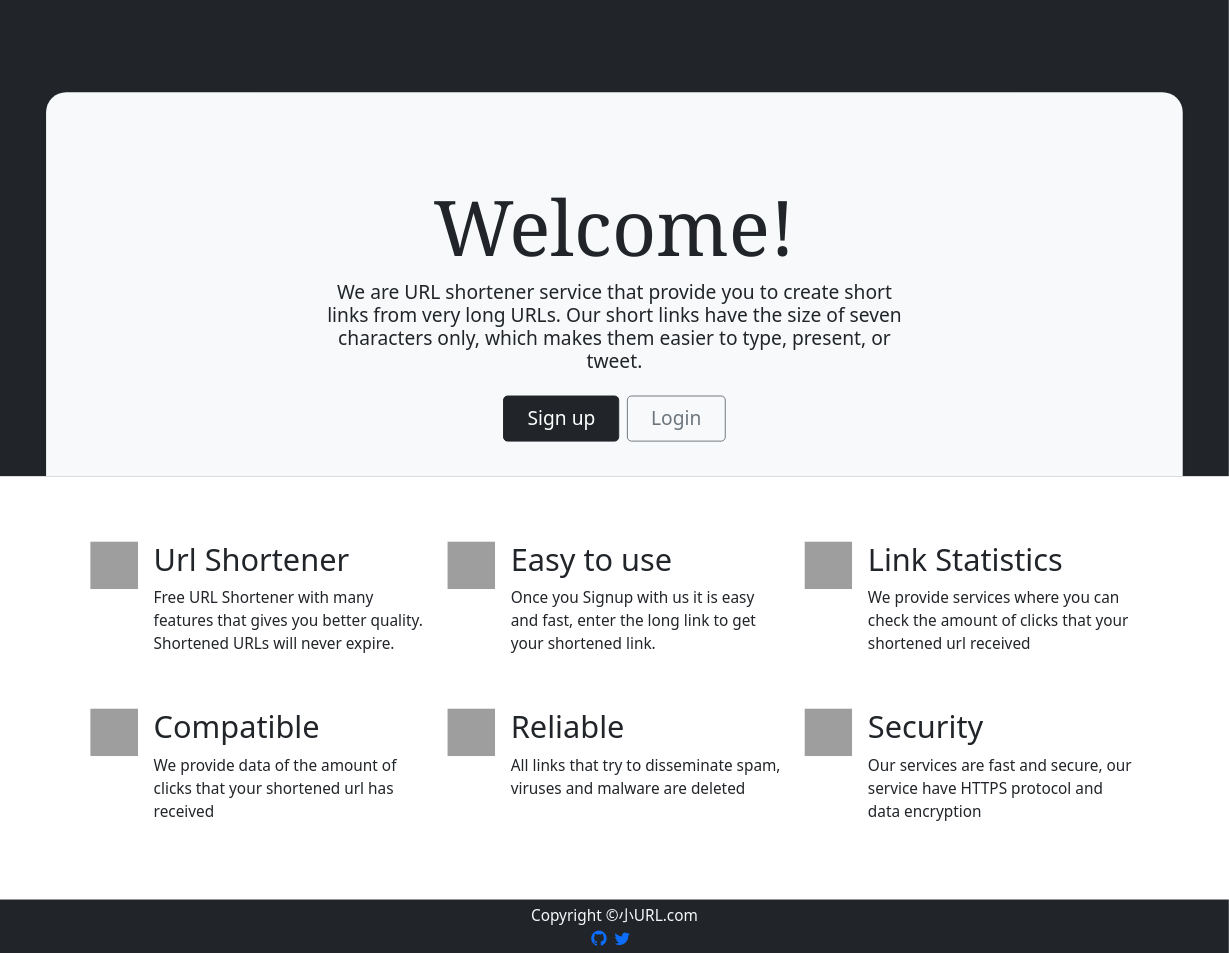
Repository: Cosmicoppai/chi_url
Page: / (app in frontend/)
An editor plug-in stored every save of this project. The page is shown before and after a run of saves, followed by the edit.
The browser window is 1280 px wide. The pictures show the whole page, at 96% of full size.
Pictures or frames that could not be fetched are drawn as grey boxes. The project was rebuilt for these pictures with package versions that can differ from the ones it lists, and the page was loaded fresh each time. Also part of the build but not shown: frontend/src/Mycomponents/pages/components/footer.css, frontend/src/Mycomponents/pages/signuppages/login.js, frontend/src/Mycomponents/pages/signuppages/signup.js, frontend/src/Mycomponents/pages/signuppages/verifymail.js, frontend/src/Mycomponents/pages/userpages/userpage.css, frontend/src/Mycomponents/pages/userpages/userpage.js, frontend/src/Mycomponents/pages/Homepages/errorPage.js.

Above is the page before, as saved 2021-12-20 18:40:46.

### frontend/public/index.html
<!DOCTYPE html>
<html lang="en">
  <head>
    <meta charset="utf-8" />
    <link rel="icon" href="%PUBLIC_URL%/favicon.ico" />
    <meta name="viewport" content="width=device-width, initial-scale=1" />
    <meta name="theme-color" content="#000000" />
    <meta name="description" content="Web site created using create-react-app"/>
    <link rel="manifest" href="%PUBLIC_URL%/manifest.json" />
    <link href="https://cdn.jsdelivr.net/npm/bootstrap@5.1.0/dist/css/bootstrap.min.css" rel="stylesheet" integrity="sha384-KyZXEAg3QhqLMpG8r+8fhAXLRk2vvoC2f3B09zVXn8CA5QIVfZOJ3BCsw2P0p/We" crossorigin="anonymous">
    <link rel="stylesheet" href="https://cdn.jsdelivr.net/npm/bootstrap-icons@1.5.0/font/bootstrap-icons.css">
    <title>小URL</title>
  </head>
  <body>
    <div id="root"></div>
  </body>
<script async src="https://pagead2.googlesyndication.com/pagead/js/adsbygoogle.js?client=ca-pub-8832303546103417"
     crossorigin="anonymous"></script>
</html>

### frontend/src/App.js
import React from 'react'
import Login from "./Mycomponents/pages/signuppages/login";
import Signup from "./Mycomponents/pages/signuppages/signup"
import Verifymail from "./Mycomponents/pages/signuppages/verifymail";
import Home from "./Mycomponents/pages/Homepages/home";
import UserPage from "./Mycomponents/pages/userpages/userpage";
import { BrowserRouter as Router, Navigate, Route, Routes } from "react-router-dom";
import ErrorPage from './Mycomponents/pages/Homepages/errorPage';


function App() {
  function UserRoute({ children }) {
    const auth = localStorage.getItem("token");
    const active = localStorage.getItem("active");
    let activeStatus
    if (active === null){
      activeStatus = false;
    }
    else{
      activeStatus = active
    }
    return (auth && activeStatus == true) ? <Navigate to="/user" /> : children;
  }
  function ProtectedRoute({ children }) {
    const auth = localStorage.getItem("token");
    const active = localStorage.getItem("active");
    let activeStatus
    if (active === null){
      activeStatus = false;
    }
    else{
      activeStatus = active
    }
    return (auth && activeStatus == true)  ? children : <Navigate to="/" />;
  }
  return (
    <>
      <Router>
        <Routes>
          <Route path="/" element={
            <UserRoute>
              <Home />
            </UserRoute>} />
          <Route path="/signup" element={

              <Signup />
            } />
          <Route path="/login" element={
              <Login />
            } />
          <Route path="/verify" element={
            <UserRoute>
              <Verifymail />
            </UserRoute>} />
          <Route path="/user" element={
            <ProtectedRoute>
              <UserPage />
            </ProtectedRoute>} />
          <Route path='*' element={<ErrorPage />} />
        </Routes>
      </Router>


    </>
  )
}

export default App

### frontend/src/Mycomponents/pages/Homepages/home.js
import React from 'react'
import { Main } from './main'
import { Page } from './page'
import Nav from '../components/nav'
import Footer from "../components/footer"
import { Link } from 'react-router-dom'



const Home = () => {
    const mystyle={
        marginTop:"-420px"
    }
    const style={
        fontFamily:"fell, Georgia, Cambria, Times New Roman, Times, serif"
    }
    return (
        <div>
             <Main/>
            <div className="cover-container d-flex w-100 h-100 p-3 mt-5 flex-column">
            <header className="mb-5">
                    <div>
                        <Nav />
                    </div>
                </header>

                <main className="px-3 d-flex  justify-content-center flex-column" style={mystyle}>
                    <h1 className="text-center display-1" style={style}  >Welcome!</h1>
                    <div className="col-lg-6 mx-auto">
                        <p className="lead mb-4 text-center h3">We are URL shortener service that provide you to create short links from very long URLs. Our short links have the size of seven characters only, which makes them easier to type, present, or tweet. </p>
                        <div className="d-grid gap-2 d-sm-flex justify-content-sm-center mt-2">
                            <Link to="/signup" type="button" className="btn btn-dark btn-lg px-4 gap-3">Sign up</Link>
                            <Link to="/login" type="button" className="btn btn-outline-secondary btn-lg px-4">Login</Link>
                        </div>
                    </div>
                </main>
                <Page />


            </div>
            <Footer/>
        </div>
    )
}

export default Home

### frontend/src/Mycomponents/pages/components/nav.js
import { React, useState, useEffect } from 'react';
import { Link } from 'react-router-dom';

const Nav = () => {
    const [user, setUser] = useState({});
    const [active, setActive] = useState({});
    useEffect(() => {
        setInterval(() => {
    const active = localStorage.getItem("active");
    let activeStatus
    if (active === null){
      activeStatus = false;
    }
    else{
      activeStatus = active
    }
            const user = localStorage.getItem("token");
            setUser(user);
            setActive(activeStatus);
        }, 1)
    });

    const logout = () => {
        localStorage.clear();
        window.location.replace("/login")
    }

    return (
        <div>


            {!user  && active == true && (
                <>
                    <nav className="navbar navbar-expand-md fixed-top navbar-dark bg-dark mb-4">
                        <div className="container-fluid ">
                            <Link to="/" className="navbar-brand  "  > <h2>小URL</h2></Link>
                            <button className="navbar-toggler" type="button" data-bs-toggle="collapse" data-bs-target="#navbarSupportedContent" aria-controls="navbarSupportedContent" aria-expanded="false" aria-label="Toggle navigation">
                                <span className="navbar-toggler-icon"></span>
                            </button>
                            <div className="collapse navbar-collapse" id="navbarSupportedContent">
                                <ul className="navbar-nav me-auto mb-2 mb-2 mb-md-0 text-end">
                                </ul>
                                <Link to="/login" type="button" className="btn btn-outline-light px-4" >Login</Link>
                                <Link to="/signup" type="button" className="btn btn-light px-4 mx-3" >Sign up</Link>
                            </div>
                        </div>

                    </nav>
                </>
            )}
            {user && active == true && (
                <>
                    <nav className="navbar navbar-expand-md fixed-top navbar-dark bg-dark mb-4">
                        <div className="container-fluid ">
                            <Link to="/user" className="navbar-brand "  > <h2>小URL</h2></Link>
                            <button className="navbar-toggler" type="button" data-bs-toggle="collapse" data-bs-target="#navbarSupportedContent" aria-controls="navbarSupportedContent" aria-expanded="false" aria-label="Toggle navigation">
                                <span className="navbar-toggler-icon"></span>
                            </button>
                            <div className="collapse navbar-collapse" id="navbarSupportedContent">
                                <ul className="navbar-nav me-auto mb-2 mb-2 mb-md-0 text-end">
                                </ul>
                                <div className="dropdown">
                                    <Link to="/user" className="btn btn-light  dropdown-toggle" type="button" id="dropdownMenuButton1" data-bs-toggle="dropdown" aria-expanded="false">
                                        Welcome to 小URL
                                    </Link>
                                    <ul className="dropdown-menu" >
                                        <li ><button onClick={logout} className="dropdown-item text-center">Logout</button></li>
                                    </ul>
                                </div>
                            </div>
                        </div>

                    </nav>
                </>
            )}
        </div>


    )
}

export default Nav

### frontend/src/Mycomponents/pages/components/footer.js
import { React, useState} from 'react';
import './footer.css';
const Footer = () => {
    const [user, setUser] = useState({});
    setInterval(() => {
        const userstr = localStorage.getItem("token")
        setUser(userstr);
    }, 1)
    return (
        <div>
            {user && (
                <footer className="footer mt-auto py-1 bg-light text-dark cont">
                    <div className="container text-center ">
                        Copyright &copy;小URL.com
                    </div>
                    <div className="container text-center">
                        <span className="me-2"><a href="https://github.com/Cosmicoppai/chi_url" target={'_blank'} rel="noreferrer"><i className="bi bi-github "></i></a></span>
                        <span className="me-2"><a href="https://twitter.com/URL09412520" target={'_blank'} rel="noreferrer"><i className="bi bi-twitter"></i></a></span>
                    </div>
                </footer>

            )}
            {!user && (
                <footer className="footer mt-auto py-1 bg-dark text-light">
                    <div className="container text-center ">
                        Copyright &copy;小URL.com
                    </div>
                    <div className="container text-center">
                        <span className="me-2"><a href="https://github.com/Cosmicoppai/chi_url" target={'_blank'} rel="noreferrer"><i className="bi bi-github "></i></a></span>
                        <span className="me-2"><a href="https://twitter.com/URL09412520" target={'_blank'} rel="noreferrer"><i className="bi bi-twitter"></i></a></span>
                    </div>
                </footer>
            )}
        </div>

    )
}

export default Footer

### frontend/src/Mycomponents/pages/Homepages/main.js
import React from 'react';


export const Main = () => {
    const myStyle = {
        width: '80 %',
        height: '400px',
        borderRadius: '21px 21px 0 0'
}

return (
    <div className="bg-dark me-md-3 pt-3 px-3 pt-md-5 px-md-5 text-center text-white overflow-hidden w-100 border-0" >
        <div className="my-3 ">
            <p className="lead py-2"></p>
        </div>
        <div className="bg-light shadow-sm mx py-auto " style={myStyle}></div>
    </div>

)
}

### frontend/src/Mycomponents/pages/Homepages/page.js
import React from 'react'

export const Page = () => {

    return (
        <>

            <div className="container px-4 pt-2 mt-5 " id="hanging-icons">
                <div className="row g-4 py-5 row-cols-1 row-cols-lg-3">
                    <div className="col d-flex align-items-start">
                        <div className="icon-square bg-light text-dark flex-shrink-0 me-3">
                        <img src="https://cdn-icons-png.flaticon.com/512/1828/1828108.png" alt="" width="50px" height="50px"/>
                        </div>
                        <div>
                            <h2>Url Shortener</h2>
                            <p>Free URL Shortener with many features that gives you better quality. Shortened URLs will never expire.</p>
                        </div>
                    </div>
                    <div className="col d-flex align-items-start">
                        <div className="icon-square bg-light text-dark flex-shrink-0 me-3">
                        <img src="https://cdn-icons-png.flaticon.com/128/1093/1093274.png" alt="" width="50px" height="50px"/>

                        </div>
                        <div>
                            <h2>Easy to use</h2>
                            <p>Once you Signup with us it is easy and fast, enter the long link to get your shortened link.</p>
                        </div>
                    </div>
                    <div className="col d-flex align-items-start  ">
                        <div className="icon-square bg-light text-dark flex-shrink-0 me-3">
                        <img src="https://cdn-icons-png.flaticon.com/128/1170/1170667.png" alt="" width="50px" height="50px"/>
                        </div>
                        <div>
                            <h2>Link Statistics</h2>
                            <p>We provide services where you can check the amount of clicks that your shortened url received</p>
                        </div>
                    </div>
                    <div className="col d-flex align-items-start  pt-3">
                        <div className="icon-square bg-light text-dark flex-shrink-0 me-3">
                        <img src="https://cdn-icons-png.flaticon.com/128/2554/2554486.png" alt="" width="50px" height="50px"/>
                        </div>
                        <div>
                            <h2>Compatible</h2>
                            <p>We provide data of the  amount of clicks that your shortened url has received</p>
                        </div>
                    </div>
                    <div className="col d-flex align-items-start pt-3 ">
                        <div className="icon-square bg-light text-dark flex-shrink-0 me-3">
                        <img src="https://cdn-icons-png.flaticon.com/512/1320/1320521.png" alt="" width="50px" height="50px"/>
                        </div>
                        <div>
                            <h2>Reliable</h2>
                            <p>All links that try to disseminate spam, viruses and malware are deleted</p>
                        </div>
                    </div>
                    <div className="col d-flex align-items-start pt-3">
                        <div className="icon-square bg-light text-dark flex-shrink-0 me-3">
                        <img src="https://cdn-icons-png.flaticon.com/128/2092/2092629.png" alt="" width="50px" height="50px"/>
                        </div>
                        <div>
                            <h2>Security</h2>
                            <p>Our services are fast and secure, our service have HTTPS protocol and data encryption</p>
                        </div>
                    </div>
                </div>
            </div>

        </>
    )
}

Loaded but not shown: frontend/src/index.js (common file); frontend/src/index.css (common file)

After the next 2 saves:
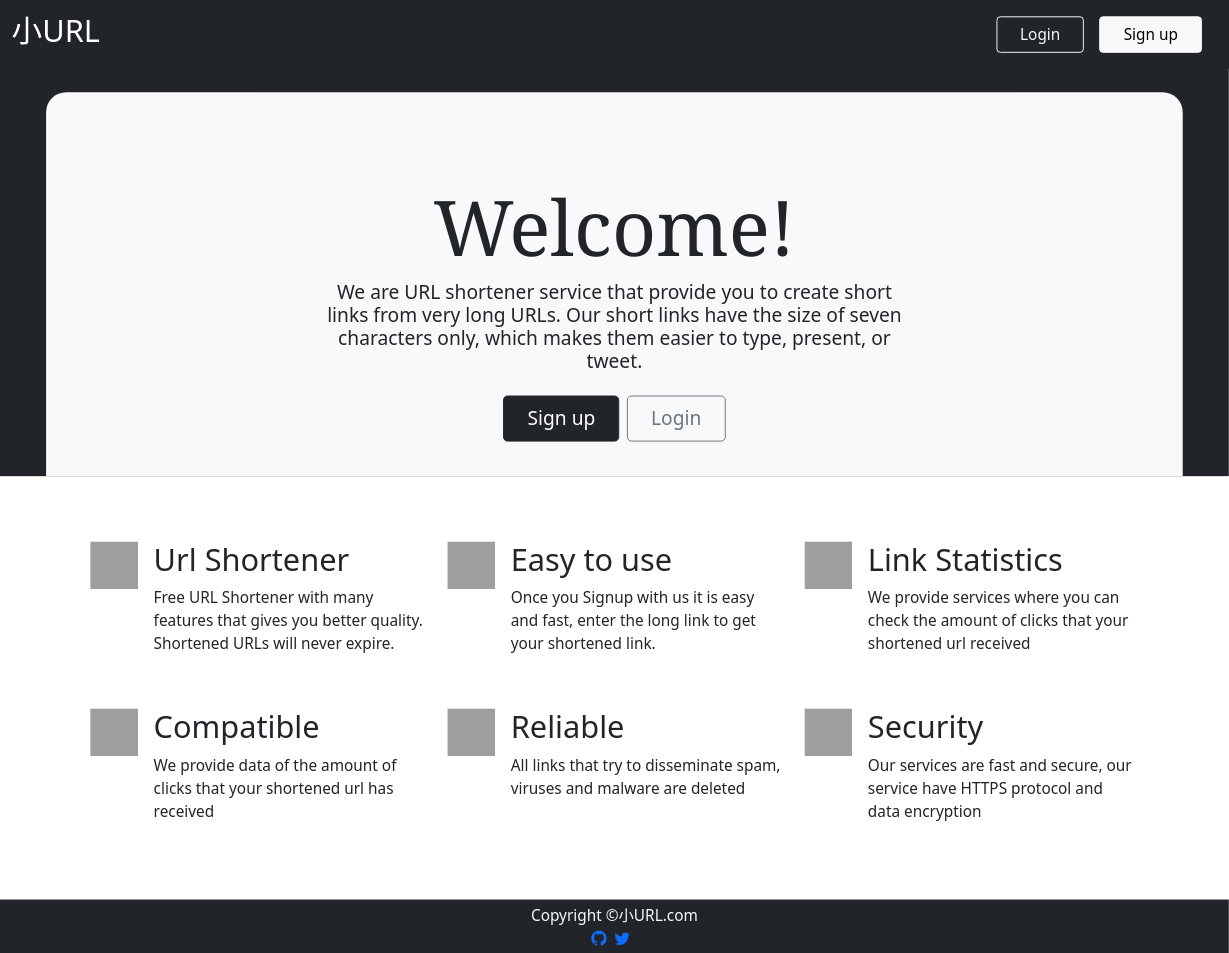
The 2 saves are shown as one change because they came seconds apart.
The last was saved 5 s later.
--- a/frontend/src/Mycomponents/pages/components/nav.js
+++ b/frontend/src/Mycomponents/pages/components/nav.js
@@ -29,7 +29,7 @@ const Nav = () => {
         <div>
 
 
-            {!user  && active == true && (
+            {!user  && active == false && (
                 <>
                     <nav className="navbar navbar-expand-md fixed-top navbar-dark bg-dark mb-4">
                         <div className="container-fluid ">
